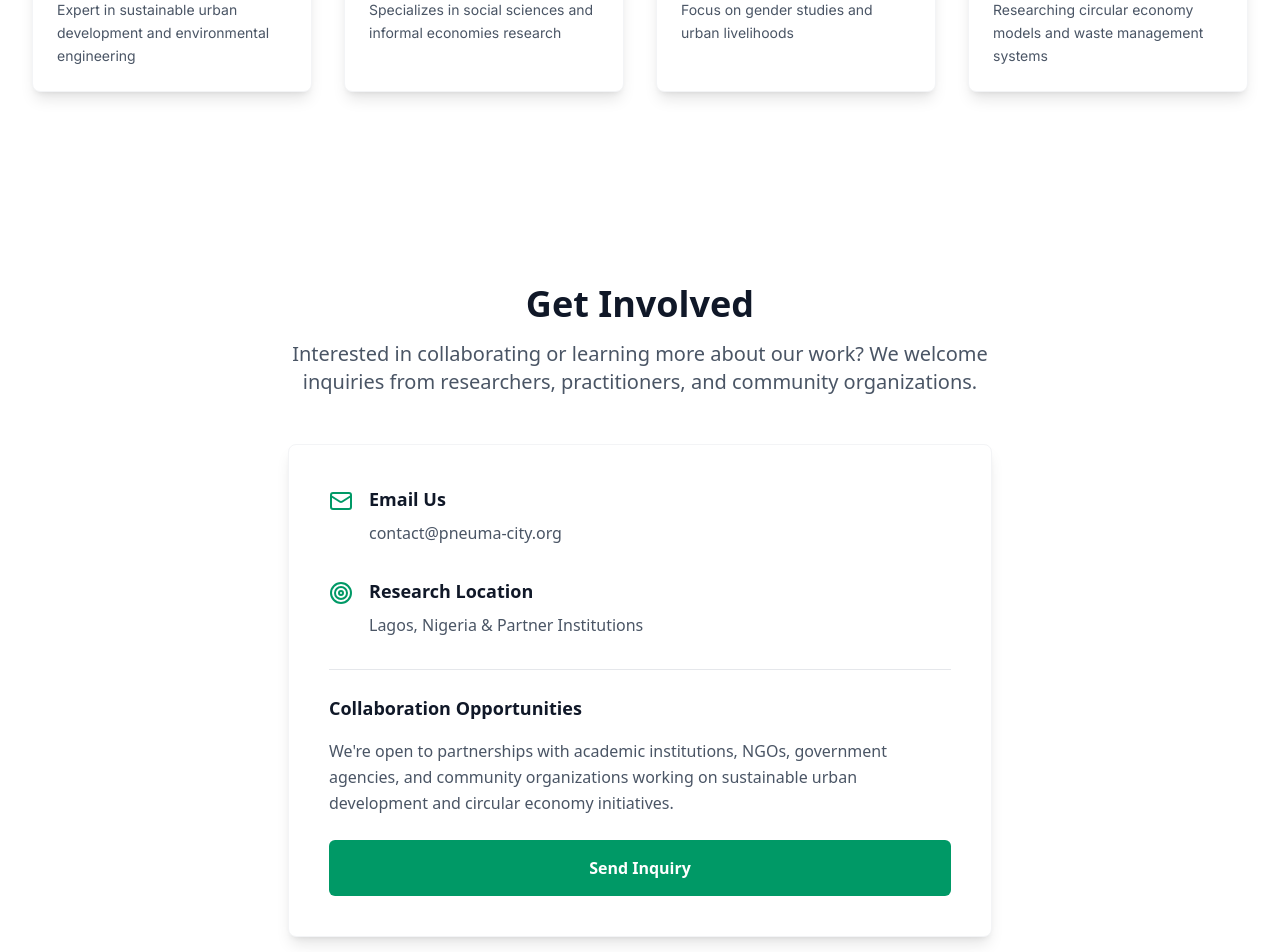
Repository: tiossdav/codesria
Page: /
The author's editor kept a copy of each file at every save. The page is drawn from the files as they stood at one save, then again after the next save.
The browser window is 1280 px wide. The pictures show the part of the page from y = 3956 to 4908 px (the page is 5274 px tall before and 5194 px after).
The project was rebuilt for these pictures with package versions that can differ from the ones it lists, and the page was loaded fresh each time. Also part of the build but not shown: vite.config.ts.

Above is the page before, as saved 2025-11-19 19:10:59.

### index.html
<!DOCTYPE html>
<html lang="en">
  <head>
    <meta charset="UTF-8" />
    <link rel="icon" type="image/svg+xml" href="/vite.svg" />
    <link href="/src/App.css" rel="stylesheet" />
    <link rel="preconnect" href="https://fonts.googleapis.com" />
    <link rel="preconnect" href="https://fonts.gstatic.com" crossorigin />
    <link
      href="https://fonts.googleapis.com/css2?family=Caveat:wght@400..700&family=Inter:ital,opsz,wght@0,14..32,100..900;1,14..32,100..900&family=Lobster&family=Raleway:ital,wght@0,100..900;1,100..900&display=swap"
      rel="stylesheet"
    />
    <meta name="viewport" content="width=device-width, initial-scale=1.0" />
    <title>codesria</title>
  </head>
  <body>
    <div id="root"></div>
    <script type="module" src="/src/main.tsx"></script>
  </body>
</html>

### src/App.css
@import "tailwindcss";

@theme {
  --font-inter: "Inter", sans-serif;
  --font-caveat: "Caveat", cursive;
  --font-lobster: "Lobster", cursive;
  --font-raleway: "Raleway", sans-serif;
}

### src/App.tsx
import { Route, Switch } from "wouter";
import Header from "./components/layout/Header";
import Footer from "./components/layout/Footer";
import Home from "./pages/Home";
import About from "./pages/About";
import Research from "./pages/Research";
import Team from "./pages/Team";
import Publications from "./pages/Publications";
import Contact from "./pages/Contact";

export default function App() {
  return (
    <div className="min-h-screen bg-white flex flex-col">
      <Header />

      <div className="flex-1">
        <Switch>
          <Route path="/" component={Home} />
          <Route path="/obj" component={About} />
          <Route path="/research" component={Research} />
          <Route path="/team" component={Team} />
          <Route path="/publications" component={Publications} />
          <Route path="/contact" component={Contact} />

          {/* 404 Route */}
          <Route>
            <div className="min-h-screen flex items-center justify-center">
              <div className="text-center">
                <h1 className="text-4xl font-bold text-gray-900 mb-4">404</h1>
                <p className="text-gray-600">Page not found</p>
              </div>
            </div>
          </Route>
        </Switch>
      </div>

      <Footer />
    </div>
  );
}

### src/components/layout/Header.tsx
import { Link, useLocation } from "wouter";

type NavLink = {
  title: string;
  href: string;
  submenu?: NavLink[];
};

const navlinks: NavLink[] = [
  { title: "Home", href: "/" },
  { title: "Aim & Objectives", href: "/obj" },
  { title: "Research", href: "/research" },
  { title: "Team", href: "/team" },
  { title: "Publications", href: "/publications" },
  { title: "Contact", href: "/contact" },
];

function Header() {
  const [location] = useLocation();

  return (
    <nav className="bg-white shadow-sm fixed w-full top-0 z-50 border-b border-gray-200">
      <div className="max-w-7xl mx-auto px-4 sm:px-6 lg:px-8">
        <div className="flex justify-between items-center h-20">
          <div className="flex items-center">
            <Link href="/">
              <span className="ml-3 font-caveat text-3xl text-gray-900 font-bold cursor-pointer transition-colors">
                JustEnergyAfrica
              </span>
            </Link>
          </div>
          <div className="flex items-center space-x-8">
            {navlinks.map((nav, index) => (
              <Link
                key={index}
                href={nav.href}
                className={`text-[16px] font-medium transition-colors ${
                  location === nav.href
                    ? "text-slate-900"
                    : "text-slate-600 hover:text-slate-900"
                }`}
              >
                {nav.title}
              </Link>
            ))}
          </div>
        </div>
      </div>
    </nav>
  );
}

export default Header;

### src/components/layout/Footer.tsx
function Footer() {
  return (
    <footer className="bg-gray-900 text-white py-12 mt-20">
      <div className="max-w-7xl mx-auto px-4 sm:px-6 lg:px-8">
        <div className="text-center mb-6">
          <p className="text-gray-300 mb-2">Funded by the British Academy</p>
          <p className="text-gray-400 text-sm">
            Part of the GCRF 'Urban Infrastructures of Well-Being' research
            programme
          </p>
        </div>
        <div className="text-center pt-6 border-t border-gray-700">
          <p className="text-gray-400">
            © 2024 Pneuma-City Research Project. All rights reserved.
          </p>
        </div>
      </div>
    </footer>
  );
}

export default Footer;

### src/pages/Home.tsx
import { useLocation } from "wouter";
import power from "../assets/power.jpg";
import About from "./About";
import Research from "./Research";
import Publications from "./Publications";
import Team from "./Team";
import Contact from "./Contact";

export default function Home() {
  const [, setLocation] = useLocation();

  return (
    <>
      {/* Hero Section */}
      <div className="relative h-screen mt-20 font-inter">
        <div className="absolute inset-0">
          <img
            src={power}
            alt="Urban African street"
            className="w-full h-full object-cover"
          />
          <div className="absolute inset-0 bg-black opacity-50"></div>
        </div>

        <div className="relative h-full flex items-center px-4">
          <div className="max-w-7xl mx-auto w-full">
            <div className="max-w-3xl">
              <h1 className="text-4xl md:text-5xl font-bold text-white mb-6 leading-tight">
                Hydro-Power S(hr)inking State: Renewable energy in Lake Chad
              </h1>
              <p className="text-xl md:text-2xl text-gray-100 mb-8 leading-relaxed">
                This research explores Lake Chad’s environmental crisis,
                analyzing hydropower, urban adaptation, gender equity, and just
                transition through comparative, mixed-method studies across Chad
                and Nigeria to inform inclusive, sustainable governance and
                development.
              </p>
              <div className="flex flex-col sm:flex-row gap-4">
                <button
                  onClick={() => setLocation("/obj")}
                  className="bg-emerald-600 hover:bg-emerald-700 text-white px-8 py-4 rounded-md font-semibold text-lg transition-colors"
                >
                  Learn More
                </button>
                <button
                  onClick={() => setLocation("/research")}
                  className="bg-white/10 backdrop-blur-sm hover:bg-white/20 border-2 border-white text-white px-8 py-4 rounded-md font-semibold text-lg transition-all"
                >
                  Our Research
                </button>
              </div>
            </div>
          </div>
        </div>
      </div>

      {/* All Sections Below Hero */}
      <About />
      <Research />
      <Publications />
      <Team />
      <Contact />
    </>
  );
}

### src/pages/About.tsx
function About() {
  return (
    <div className="max-w-5xl mx-auto mt-8 px-4 sm:px-6 lg:px-8 py-10 font-inter">
      <h2 className="text-4xl font-bold text-gray-900 mb-8">About</h2>
      <div className="prose prose-lg max-w-none">
        <p className="text-xl text-gray-700 leading-relaxed mb-6">
          Hydro Power, S(hr)inking States? Politics of Renewable Energy, Just
          Transitions and Urban Sustainability in the Lake Chad Basin is a
          collaborative, transdisciplinary research initiative that responds to
          one of Africa’s most pressing environmental challenges: the rapid
          shrinkage of Lake Chad and its far-reaching impacts on state
          stability, urban life, and energy futures.
        </p>
        <p className="text-xl text-gray-700 leading-relaxed mb-8">
          As governments and communities turn to hydropower and other renewable
          energy options, the project investigates how these transitions reshape
          governance systems, social equity, and everyday survival in one of the
          continent’s most fragile ecological zones. By examining the political,
          social, and infrastructural transformations underway, the study seeks
          to provide evidence-based pathways for inclusive, just, and
          climate-resilient development.
        </p>
        <p className="text-xl text-gray-700 leading-relaxed mb-1">
          The project focuses on four overarching questions:
        </p>
        <ul className="list-disc list-inside mb-6 text-xl text-gray-700 leading-relaxed ">
          <li>
            How do hydropower projects influence renewable energy politics
            across the region?
          </li>
          <li>
            How are cities adapting to environmental decline and energy
            transitions?
          </li>
          <li>
            In what ways do gender and generational dynamics shape experiences
            of change?
          </li>
          <li>
            How can a just transition be achieved in settings with limited
            resources and institutional capacity?
          </li>
        </ul>

        {/* <div className="bg-emerald-50 border-l-4 border-emerald-600 p-6 my-8">
          <p className="text-gray-800 italic">
            This project is funded by the British Academy and is part of the
            wider GCRF 'Urban Infrastructures of Well-Being' research programme.
          </p>
        </div> */}
      </div>
    </div>
  );
}

export default About;

### src/pages/Research.tsx
import { Globe, Lightbulb, Recycle, Users } from "lucide-react";

function Research() {
  return (
    <div className="max-w-7xl mx-auto mt-8 px-4 sm:px-6 lg:px-8 py-20 font-inter">
      <h2 className="text-4xl font-bold text-gray-900 mb-4 text-center">
        Research Focus Areas
      </h2>
      <p className="text-xl text-gray-600 mb-12 text-center max-w-3xl mx-auto">
        'Pneuma-city' bridges formal and informal infrastructures by
        conceptually tracing the role of tyres as 'frictional' within urban
        contexts where automobile transport is hegemonic.
      </p>

      <div className="grid md:grid-cols-3 gap-8 mb-16">
        <div className="bg-white p-8 rounded-lg shadow-lg border border-gray-100 hover:shadow-xl transition-shadow">
          <div className="bg-emerald-100 w-16 h-16 rounded-lg flex items-center justify-center mb-6">
            <Users className="h-8 w-8 text-emerald-600" />
          </div>
          <h3 className="text-2xl font-bold text-gray-900 mb-4">
            Informal Cultures & Livelihoods
          </h3>
          <p className="text-gray-600 leading-relaxed">
            Examining the gendered informal cultures, livelihoods and
            technologies of tyre-related work in urban contexts.
          </p>
        </div>

        <div className="bg-white p-8 rounded-lg shadow-lg border border-gray-100 hover:shadow-xl transition-shadow">
          <div className="bg-teal-100 w-16 h-16 rounded-lg flex items-center justify-center mb-6">
            <Globe className="h-8 w-8 text-teal-600" />
          </div>
          <h3 className="text-2xl font-bold text-gray-900 mb-4">
            Road Ecologies
          </h3>
          <p className="text-gray-600 leading-relaxed">
            Understanding the complex place of waste tyres in street and road
            ecologies and their environmental impact.
          </p>
        </div>

        <div className="bg-white p-8 rounded-lg shadow-lg border border-gray-100 hover:shadow-xl transition-shadow">
          <div className="bg-amber-100 w-16 h-16 rounded-lg flex items-center justify-center mb-6">
            <Recycle className="h-8 w-8 text-amber-600" />
          </div>
          <h3 className="text-2xl font-bold text-gray-900 mb-4">
            Circular Economies
          </h3>
          <p className="text-gray-600 leading-relaxed">
            Exploring circular economy models and the innovative repurposing of
            end-of-life tyres in urban settings.
          </p>
        </div>
      </div>

      <div className="bg-linear-to-br from-emerald-600 to-teal-600 rounded-lg p-12 text-white">
        <div className="flex items-start">
          <Lightbulb className="h-12 w-12 mr-6 shrink-0 mt-1" />
          <div>
            <h3 className="text-3xl font-bold mb-4">Our Vision</h3>
            <p className="text-xl leading-relaxed">
              We aim to put ELT challenges and opportunities at the heart of a
              vision for a sustainable future, creating solutions that improve
              well-being for both workers and residents in rapidly growing
              African cities.
            </p>
          </div>
        </div>
      </div>
    </div>
  );
}

export default Research;

### src/pages/Team.tsx
const teamMembers = [
  {
    name: "Dr. Sarah Chen",
    role: "Principal Investigator",
    image:
      "https://images.unsplash.com/photo-1573496359142-b8d87734a5a2?w=400&h=400&fit=crop",
    bio: "Expert in sustainable urban development and environmental engineering",
  },
  {
    name: "Dr. Marcus Johnson",
    role: "Co-Investigator",
    image:
      "https://images.unsplash.com/photo-1560250097-0b93528c311a?w=400&h=400&fit=crop",
    bio: "Specializes in social sciences and informal economies research",
  },
  {
    name: "Dr. Aisha Patel",
    role: "Research Fellow",
    image:
      "https://images.unsplash.com/photo-1580489944761-15a19d654956?w=400&h=400&fit=crop",
    bio: "Focus on gender studies and urban livelihoods",
  },
  {
    name: "Alex Rivera",
    role: "Research Assistant",
    image:
      "https://images.unsplash.com/photo-1519345182560-3f2917c472ef?w=400&h=400&fit=crop",
    bio: "Researching circular economy models and waste management systems",
  },
];

function Team() {
  return (
    <div className="max-w-7xl mx-auto mt-8 px-4 sm:px-6 lg:px-8 py-20 font-inter">
      <h2 className="text-4xl font-bold text-gray-900 mb-4 text-center">
        Meet Our Team
      </h2>
      {/* <p className="text-xl text-gray-600 mb-12 text-center max-w-3xl mx-auto">
        Our interdisciplinary team combines expertise from engineering, social
        sciences, gender studies, and environmental sustainability
      </p> */}
      <div className="grid md:grid-cols-2 lg:grid-cols-4 gap-8">
        {teamMembers.map((member, index) => (
          <div
            key={index}
            className="bg-white rounded-lg shadow-lg overflow-hidden border border-gray-100 hover:shadow-xl transition-shadow"
          >
            <img
              src={member.image}
              alt={member.name}
              className="w-full h-64 object-cover"
            />
            <div className="p-6">
              <h3 className="text-xl font-bold text-gray-900 mb-1">
                {member.name}
              </h3>
              <p className="text-emerald-600 font-semibold mb-3">
                {member.role}
              </p>
              <p className="text-gray-600 text-sm leading-relaxed">
                {member.bio}
              </p>
            </div>
          </div>
        ))}
      </div>
    </div>
  );
}

export default Team;

### src/pages/Publications.tsx
import { ExternalLink } from "lucide-react";

const publications = [
  {
    title: "End-of-Life Tyres in African Urban Contexts",
    authors: "Chen, S., Johnson, M., Patel, A.",
    journal: "Environmental Science & Policy",
    year: "2024",
    link: "#",
  },
  {
    title: "Gendered Informal Economies: Tyre Repair Work in Lagos",
    authors: "Patel, A., Johnson, M., Chen, S.",
    journal: "Urban Studies",
    year: "2024",
    link: "#",
  },
  {
    title: "Circular Economy Solutions for Urban Waste",
    authors: "Chen, S., Rivera, A.",
    journal: "Sustainability Journal",
    year: "2023",
    link: "#",
  },
];

function Publications() {
  return (
    <div className="max-w-5xl mx-auto mt-8 px-4 sm:px-6 lg:px-8 py-20 font-inter">
      <h2 className="text-4xl font-bold text-gray-900 mb-12 text-center">
        Publications & Research Outputs
      </h2>
      <div className="space-y-6">
        {publications.map((pub, index) => (
          <div
            key={index}
            className="bg-white p-8 rounded-lg shadow-lg border border-gray-100 hover:shadow-xl transition-shadow"
          >
            <h3 className="text-2xl font-bold text-gray-900 mb-3">
              {pub.title}
            </h3>
            <p className="text-gray-600 mb-2">{pub.authors}</p>
            <p className="text-emerald-600 font-semibold mb-4">
              {pub.journal} ({pub.year})
            </p>
            <a
              href={pub.link}
              className="inline-flex items-center text-emerald-600 hover:text-emerald-700 font-medium"
            >
              Read Full Paper <ExternalLink className="ml-2 h-4 w-4" />
            </a>
          </div>
        ))}
      </div>
    </div>
  );
}

export default Publications;

### src/pages/Contact.tsx
import { Mail, Target } from "lucide-react";

function Contact() {
  return (
    <div className="max-w-3xl mx-auto mt-8 px-4 sm:px-6 lg:px-8 py-20">
      <h2 className="text-4xl font-bold text-gray-900 mb-4 text-center">
        Get Involved
      </h2>
      <p className="text-xl text-gray-600 mb-12 text-center">
        Interested in collaborating or learning more about our work? We welcome
        inquiries from researchers, practitioners, and community organizations.
      </p>
      <div className="bg-white p-10 rounded-lg shadow-lg border border-gray-100">
        <div className="space-y-8">
          <div className="flex items-start">
            <Mail className="h-6 w-6 text-emerald-600 mt-1 mr-4 shrink-0" />
            <div>
              <h3 className="font-bold text-gray-900 mb-2 text-lg">Email Us</h3>
              <p className="text-gray-600">contact@pneuma-city.org</p>
            </div>
          </div>

          <div className="flex items-start">
            <Target className="h-6 w-6 text-emerald-600 mt-1 mr-4 shrink-0" />
            <div>
              <h3 className="font-bold text-gray-900 mb-2 text-lg">
                Research Location
              </h3>
              <p className="text-gray-600">
                Lagos, Nigeria & Partner Institutions
              </p>
            </div>
          </div>

          <div className="pt-6 border-t border-gray-200">
            <h3 className="font-bold text-gray-900 mb-4 text-lg">
              Collaboration Opportunities
            </h3>
            <p className="text-gray-600 mb-6 leading-relaxed">
              We're open to partnerships with academic institutions, NGOs,
              government agencies, and community organizations working on
              sustainable urban development and circular economy initiatives.
            </p>
            <button className="w-full bg-emerald-600 hover:bg-emerald-700 text-white px-6 py-4 rounded-md font-semibold transition-colors">
              Send Inquiry
            </button>
          </div>
        </div>
      </div>
    </div>
  );
}

export default Contact;

Loaded but not shown: src/main.tsx (common file)

After the next save:
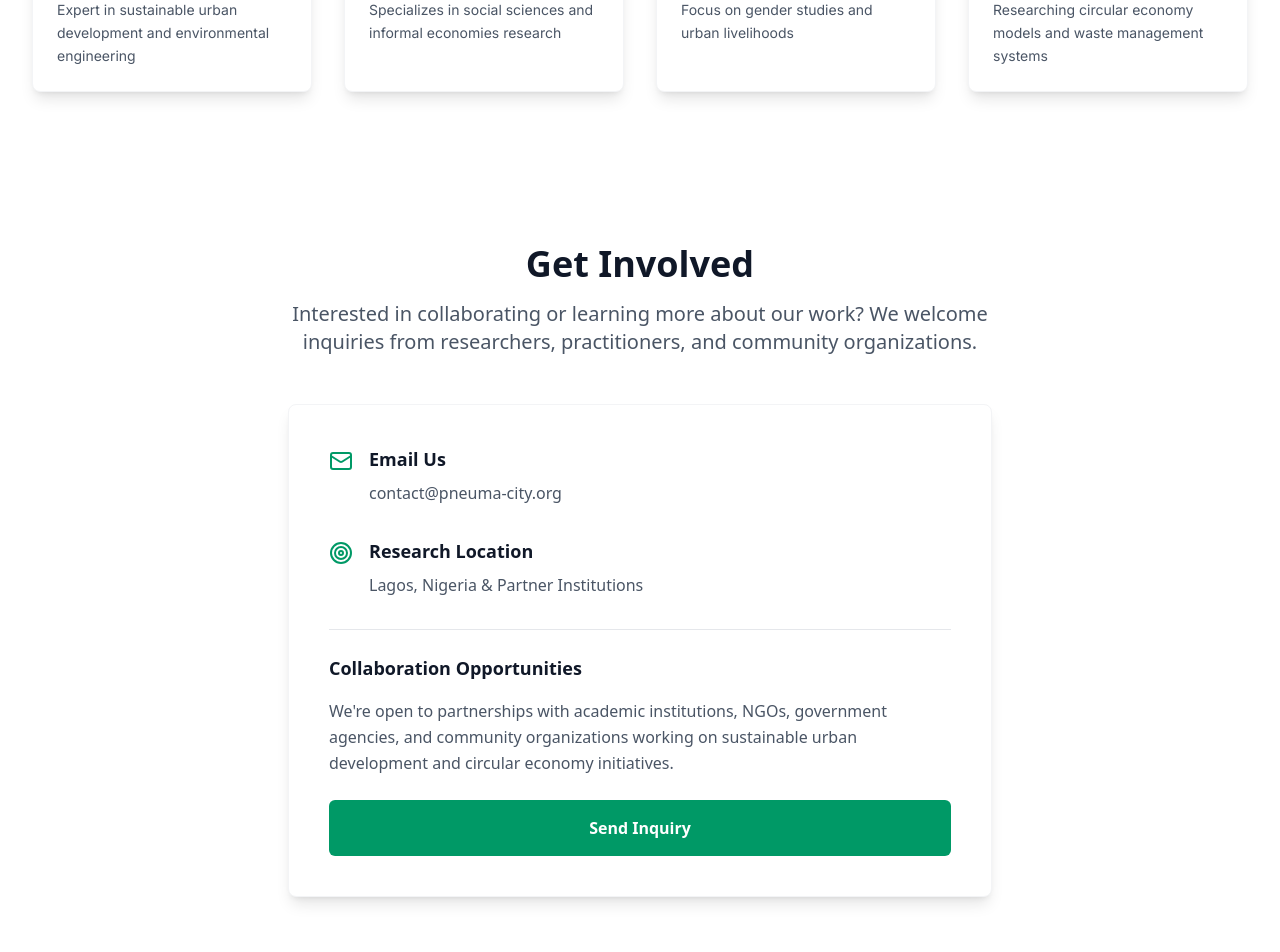
Saved 16 s later.
--- a/src/pages/Contact.tsx
+++ b/src/pages/Contact.tsx
@@ -2,7 +2,7 @@ import { Mail, Target } from "lucide-react";
 
 function Contact() {
   return (
-    <div className="max-w-3xl mx-auto mt-8 px-4 sm:px-6 lg:px-8 py-20">
+    <div className="max-w-3xl mx-auto mt-8 px-4 sm:px-6 lg:px-8 py-10">
       <h2 className="text-4xl font-bold text-gray-900 mb-4 text-center">
         Get Involved
       </h2>
